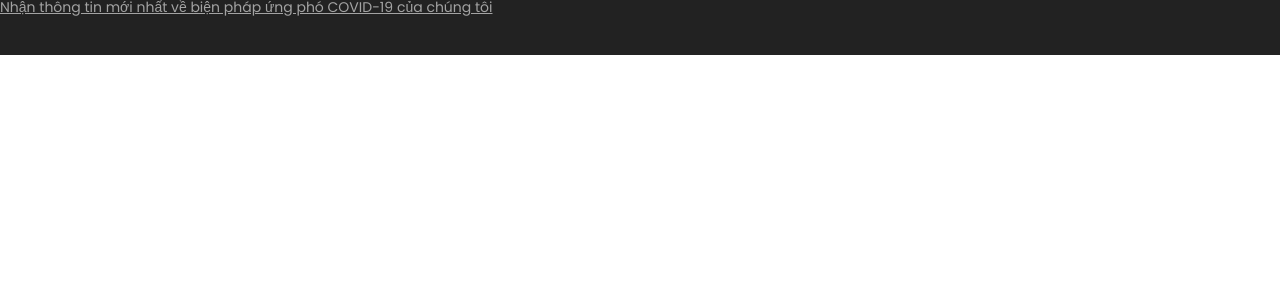
Repository: vanntrong/airbnb-clone
Page: index.html
An editor plug-in stored every save of this project. The page is shown before and after the next save, followed by the edit.
The browser window is 1280 px wide. The pictures show the whole page.
The pointer rests on the first visible `.header__covid a`.

Above is the page before, as saved 2021-09-18 18:05:43.

### index.html
<!DOCTYPE html>
<html lang="en">
  <head>
    <meta charset="UTF-8" />
    <meta http-equiv="X-UA-Compatible" content="IE=edge" />
    <meta name="viewport" content="width=device-width, initial-scale=1.0" />
    <title>AirBnB</title>
    <link href="https://fonts.googleapis.com/css2?family=Material+Icons" rel="stylesheet" />
    <link rel="preconnect" href="https://fonts.googleapis.com" />
    <link rel="preconnect" href="https://fonts.gstatic.com" crossorigin />
    <link
      href="https://fonts.googleapis.com/css2?family=Poppins:wght@200;300;400;500;600;700&display=swap"
      rel="stylesheet"
    />
    <link href="https://fonts.googleapis.com/css2?family=Material+Icons+Outlined" rel="stylesheet" />
    <link href="https://fonts.googleapis.com/css2?family=Material+Icons+Round" rel="stylesheet" />
    <link href="https://fonts.googleapis.com/css2?family=Material+Icons+Sharp" rel="stylesheet" />
    <link href="https://fonts.googleapis.com/css2?family=Material+Icons+Two+Tone" rel="stylesheet" />
    <link rel="stylesheet" href="./assets/css/reset.css" />
    <link rel="stylesheet" href="./assets/css/base.css" />
    <link rel="stylesheet" href="./assets/css/style.css" />
  </head>
  <body>
    <header class="header">
      <div class="header__covid">
        <a href="https://covid19.gov.vn/">Nhận thông tin mới nhất về biện pháp ứng phó COVID-19 của chúng tôi</a>
      </div>
    </header>
    <div class="banner"></div>
    <div class="contaier"></div>
    <footer class="footer"></footer>
  </body>
</html>

### assets/css/base.css
html {
  font-family: "Poppins", sans-serif;
  font-size: 62.5%;
}
* {
  box-sizing: border-box;
}

### assets/css/style.css
.header {
  width: 100%;
}

.header__covid {
  width: 100%;
  height: 55px;
  background-color: #222;
}

.header__covid a {
  display: block;
  color: #a3a3a3;
  font-size: 1.4rem;
}

Loaded but not shown: assets/css/reset.css (common file)

After the next save:
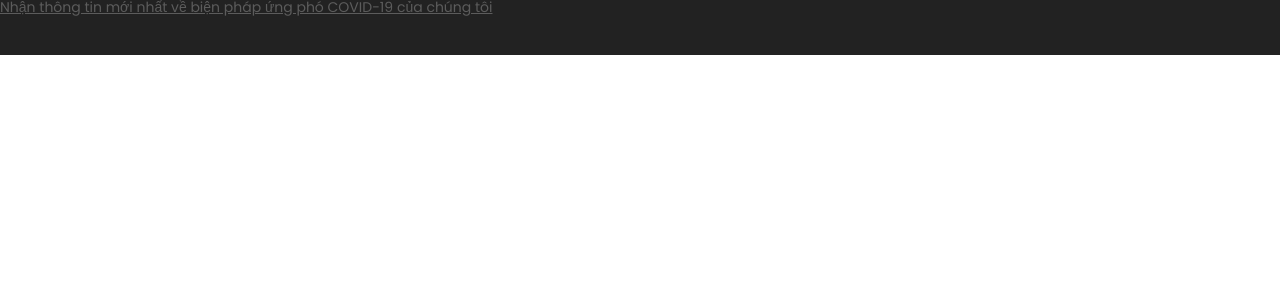
Saved 41 s later.
--- a/assets/css/style.css
+++ b/assets/css/style.css
@@ -13,3 +13,7 @@
   color: #a3a3a3;
   font-size: 1.4rem;
 }
+
+.header__covid a:hover {
+  color: #5c5c5c;
+}
